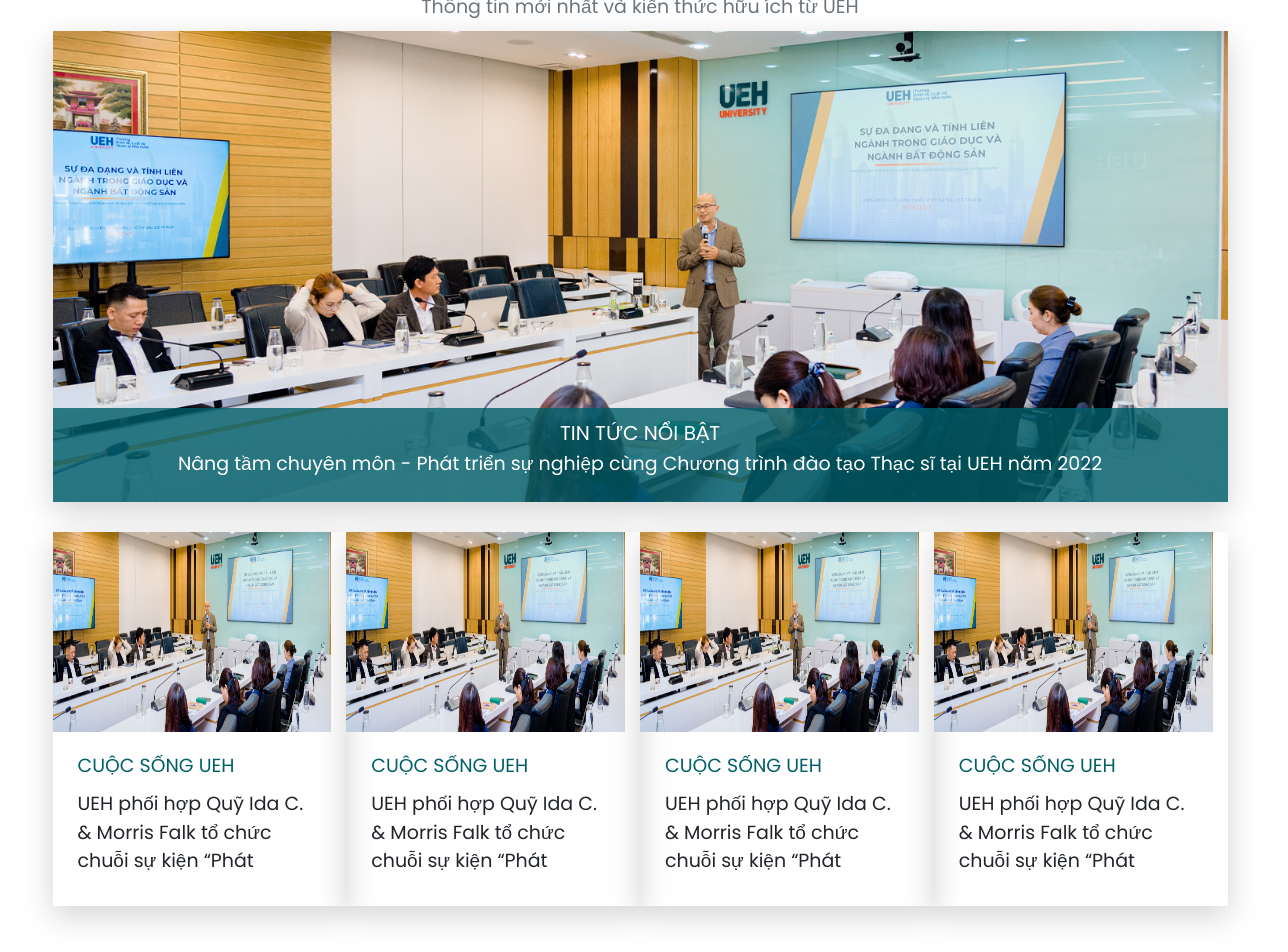
Repository: Jackietruong2805/frontends
Page: html css/ueh/index.html
These files come from the project's save history. The page is drawn as it stood at one moment and after the next save; the edit follows.
The browser window is 1280 px wide. The page is 1288 px wide, so the pictures cover 1288 px, including what lies to the right of the window. The pictures show the part of the page from y = 768 to 1720 px (the page is 1720 px tall).
Some web libraries are served in a nearby version.

Above is the page before, as saved 2022-06-20 09:44:41.

### html css/ueh/index.html
<!DOCTYPE html>
<html lang="en">
  <head>
    <meta charset="UTF-8" />
    <meta http-equiv="X-UA-Compatible" content="IE=edge" />
    <meta name="viewport" content="width=device-width, initial-scale=1.0" />
    <title>UEH</title>
    <!-- FONT GOOGLE -->
    <link rel="preconnect" href="https://fonts.googleapis.com" />
    <link rel="preconnect" href="https://fonts.gstatic.com" crossorigin />
    <link
      href="https://fonts.googleapis.com/css2?family=Poppins:wght@300;400;700&display=swap"
      rel="stylesheet"
    />
    <!-- FONT AWESOME -->
    <link
      rel="stylesheet"
      href="https://cdnjs.cloudflare.com/ajax/libs/font-awesome/6.1.1/css/all.min.css"
      integrity="sha512-KfkfwYDsLkIlwQp6LFnl8zNdLGxu9YAA1QvwINks4PhcElQSvqcyVLLD9aMhXd13uQjoXtEKNosOWaZqXgel0g=="
      crossorigin="anonymous"
      referrerpolicy="no-referrer"
    />
    <!-- BS5 -->
    <link
      href="https://cdn.jsdelivr.net/npm/bootstrap@5.1.3/dist/css/bootstrap.min.css"
      rel="stylesheet"
      integrity="sha384-1BmE4kWBq78iYhFldvKuhfTAU6auU8tT94WrHftjDbrCEXSU1oBoqyl2QvZ6jIW3"
      crossorigin="anonymous"
    />
    <!-- INDEX CSS -->
    <link rel="stylesheet" href="./css/index.css" />
  </head>
  <body class="fix">
    <!-- HEADER -->
    <header class="container-fluid p-0">
      <nav
        class="navbar navbar-expand-lg navbar-dark bg-dark p-0 fixed-top w-100"
        id="brand-bar"
      >
        <div class="container-fluid px-5">
          <a class="navbar-brand" id="header--workmark" href="#">
            <img src="./img/logo-header.png" id="logo-header" alt="ueh-logo" />
          </a>
          <button
            class="navbar-toggler"
            type="button"
            data-bs-toggle="collapse"
            data-bs-target="#navbarUeh"
            aria-controls="navbarSupportedContent"
            aria-expanded="false"
            aria-label="Toggle navigation"
          >
            <span class="navbar-toggler-icon"></span>
          </button>
          <div class="collapse navbar-collapse" id="navbarUeh">
            <ul class="navbar-nav ms-auto mb-2 mb-lg-0 px-5">
              <li class="nav-item">
                <a class="nav-link active" aria-current="page" href="#"
                  >Tân sinh viên</a
                >
              </li>
              <li class="nav-item">
                <a class="nav-link" href="#">Người học</a>
              </li>
              <li class="nav-item">
                <a class="nav-link" href="#">Cựu sinh viên</a>
              </li>
              <li class="nav-item">
                <a class="nav-link" href="#">UEH Future</a>
              </li>
              <li class="nav-item">
                <a class="nav-link" href="#">UEHer</a>
              </li>
              <li class="nav-item">
                <a class="nav-link" href="#">UEH Vĩnh Long</a>
              </li>
              <li class="nav-item d-flex align-items-center">
                <div class="button-cover">
                  <span class="vi text-white">VI</span>
                  <span class="en">EN</span>
                </div>
              </li>
            </ul>
            <button class="btn btn-info">
              <i class="fa fa-search"></i>
            </button>
          </div>
        </div>
      </nav>
      <div id="video" class="video row">
        <div class="video-ueh"></div>
      </div>
    </header>

    <!-- CAROUSEL -->
    <div class="body">
      <section class="carousel">
        <div id="uehIndicators" class="carousel slide" data-bs-ride="carousel">
          <div class="carousel-indicators">
            <button
              type="button"
              data-bs-target="#uehIndicators"
              data-bs-slide-to="0"
              class="active"
              aria-current="true"
              aria-label="Slide 1"
            ></button>
            <button
              type="button"
              data-bs-target="#uehIndicators"
              data-bs-slide-to="1"
              aria-label="Slide 2"
            ></button>
            <button
              type="button"
              data-bs-target="#uehIndicators"
              data-bs-slide-to="2"
              aria-label="Slide 3"
            ></button>
            <button
              type="button"
              data-bs-target="#uehIndicators"
              data-bs-slide-to="3"
              aria-label="Slide 4"
            ></button>
            <button
              type="button"
              data-bs-target="#uehIndicators"
              data-bs-slide-to="4"
              aria-label="Slide 4"
            ></button>
          </div>
          <div class="carousel-inner">
            <div class="carousel-item active">
              <img src="./img/slider-1.jpg" class="d-block w-100" alt="..." />
            </div>
            <div class="carousel-item">
              <img src="./img/slider-2.png" class="d-block w-100" alt="..." />
            </div>
            <div class="carousel-item">
              <img src="./img/slider-3.jpg" class="d-block w-100" alt="..." />
            </div>
            <div class="carousel-item">
              <img src="./img/slider-4.jpg" class="d-block w-100" alt="..." />
            </div>
            <div class="carousel-item">
              <img src="./img/slider-5.png" class="d-block w-100" alt="..." />
            </div>
          </div>
          <button
            class="carousel-control-prev"
            type="button"
            data-bs-target="#uehIndicators"
            data-bs-slide="prev"
          >
            <span class="ueh-block-title">
              <i class="fa fa-angle-left"></i>
            </span>
            <span class="visually-hidden">Previous</span>
          </button>
          <button
            class="carousel-control-next"
            type="button"
            data-bs-target="#uehIndicators"
            data-bs-slide="next"
          >
            <span class="ueh-block-title"
              ><i class="fa fa-angle-right"></i
            ></span>
            <span class="visually-hidden">Next</span>
          </button>
        </div>
      </section>
      <!-- CAROUSEL -->

      <!-- NEWS -->
      <section class="news my-5">
        <h1 class="text-center ueh-block-title fw-bold fs-1">Tin tức</h1>
        <p class="text-muted text-center">
          Thông tin mới nhất và kiến thức hữu ích từ UEH
        </p>
        <div class="container-fluid px-5">
          <div class="row px-5">
            <div class="col-12 shadow-lg p-0 overflow-hidden position-relative">
              <img
                class="img-fluid"
                id="img-scale"
                src="./img/news-1.jpg"
                alt="news1"
              />
              <div class="news__overplay">
                <h2 class="over-1">TIN TỨC NỔI BẬT</h2>
                <p class="over-2">
                  Nâng tầm chuyên môn - Phát triển sự nghiệp cùng Chương trình
                  đào tạo Thạc sĩ tại UEH năm 2022
                </p>
              </div>
            </div>
          </div>
          <div class="row px-5 py-5">
            <div class="col-3 p-0 pe-4 shadow-lg news__col">
              <div class="news__img">
                <img class="" src="./img/news-1.jpg" alt="news-1" />
              </div>
              <div class="new__content">
                <p style="color: rgb(0, 95, 105)">CUỘC SỐNG UEH</p>
                <p>
                  UEH phối hợp Quỹ Ida C. & Morris Falk tổ chức chuỗi sự kiện
                  “Phát
                </p>
              </div>
            </div>
            <div class="col-3 p-0 pe-4 shadow-lg news__col">
              <div class="news__img">
                <img class="" src="./img/news-1.jpg" alt="news-1" />
              </div>
              <div class="new__content">
                <p style="color: rgb(0, 95, 105)">CUỘC SỐNG UEH</p>
                <p>
                  UEH phối hợp Quỹ Ida C. & Morris Falk tổ chức chuỗi sự kiện
                  “Phát
                </p>
              </div>
            </div>
            <div class="col-3 p-0 pe-4 shadow-lg news__col">
              <div class="news__img">
                <img class="" src="./img/news-1.jpg" alt="news-1" />
              </div>
              <div class="new__content">
                <p style="color: rgb(0, 95, 105)">CUỘC SỐNG UEH</p>
                <p>
                  UEH phối hợp Quỹ Ida C. & Morris Falk tổ chức chuỗi sự kiện
                  “Phát
                </p>
              </div>
            </div>
            <div class="col-3 p-0 pe-4 shadow-lg news__col">
              <div class="news__img">
                <img class="" src="./img/news-1.jpg" alt="news-1" />
              </div>
              <div class="new__content">
                <p style="color: rgb(0, 95, 105)">CUỘC SỐNG UEH</p>
                <p>
                  UEH phối hợp Quỹ Ida C. & Morris Falk tổ chức chuỗi sự kiện
                  “Phát
                </p>
              </div>
            </div>
          </div>
        </div>
      </section>
      <!-- ADMISSIONS -->
      <section class="admissions"></section>
      <!-- EVENT -->
      <section class="event"></section>
      <!-- RESEARCH -->
      <section class="research"></section>
      <!-- TRAIN -->
      <section class="train"></section>
      <!-- COOPERATION -->
      <section class="coOperation"></section>
      <!-- ACCREDITATION -->
      <section class="accreditation"></section>
      <!-- UEH -->
      <section class="ueh"></section>
      <!-- INTRO -->
      <section class="intro"></section>
      <!-- EXPLORE -->
      <section class="explore"></section>
      <!-- FOOTER -->
      <footer></footer>
    </div>

    <div class="placeholder"></div>

    <!-- thư viện hộ trợ -->
    <script
      src="https://cdn.jsdelivr.net/npm/bootstrap@5.1.3/dist/js/bootstrap.bundle.min.js"
      integrity="sha384-ka7Sk0Gln4gmtz2MlQnikT1wXgYsOg+OMhuP+IlRH9sENBO0LRn5q+8nbTov4+1p"
      crossorigin="anonymous"
    ></script>
    <script src="./js/index.js"></script>
  </body>
</html>

### html css/ueh/css/index.css
/* Global */
* {
    padding: 0;
    margin: 0;
    box-sizing: border-box;
}

html {
    font-size: 10px;
}

body {
    font-size: 1.9em;
}

body,
html {
    font-family: 'Poppins', sans-serif;
}

.ueh-block-title {
    color: #f26f33 !important;
}

.fs-1 {
    font-size: 3.0517578125em !important;
    ;
}

#img-scale {
    transform: scale(1);
    transition: 0.5s;
}

#img-scale:hover {
    transform: scale(1.05);
}

.fixed {
    position: fixed;
    top: 0;
    width: 100%;
    z-index: -2;
}

.section {
    padding: 30px 0;
}

/* HEADER */
.fix .body {
    position: fixed;
    top: 20vh;
    width: 100%;
    z-index: -1;
}

.fix .placeholder {
    position: relative;
    height: 1000px;
    z-index: 1;
}

header {
    height: 100vh;
    display: flex;
    flex-direction: column;
    position: relative;
    z-index: 1;
}

.video {
    flex-grow: 1;
}

.video-ueh {
    height: 100%;
    background-image: url('../img/ueh-vid.gif');
    background-position: center;
    background-repeat: no-repeat;
    background-size: cover;
}

#brand-bar {
    background-color: rgb(0, 95, 105) !important;

}

#navbarUeh .nav-item {
    transition: 0.5s;
}

#navbarUeh .nav-item:hover:not(:last-child) {
    background-color: #f26f33;
}

.navbar #header--workmark {
    font-size: 1.1em !important;
    line-height: 1.8em !important;
}

#logo-header {
    max-height: 36px !important;
}

#navbarUeh .nav-item .nav-link {
    color: #fff;
    font-weight: 300;
    padding: .5555555556em .5em;
    outline-offset: -4px;
}

.button-cover {
    background-color: white;
    border-radius: 30px;
    padding: 1.5px 4px;
    line-height: 10px;
}

.button-cover .vi {
    display: inline-block;
    border-radius: 50%;
    background-color: rgb(0, 95, 105);
    padding: 8px;
    font-size: 10px;
    font-weight: bold;
}

.button-cover .en {
    color: rgb(0, 95, 105);
    font-size: 10px;
    padding: 5px;
    font-weight: bold;
}

#navbarUeh .btn-info,
#navbarUeh .btn-info:focus {
    color: white;
    background-color: rgb(0, 95, 105);
    border: 0;
    font-size: inherit;
    padding: 0 40px 0 60px;
    box-shadow: none;
}


/* CAROUSEL */


#uehIndicators .carousel-indicators .active {
    background-color: white;
}

.carousel-control-prev,
.carousel-control-next {
    opacity: 1;
    width: 5%;
}

.carousel-indicators [data-bs-target] {
    width: 10px;
    height: 10px;
    border-radius: 50%;
    background-color: transparent;
    border: 2px solid white;
    background-clip: border-box;
}

.carousel-control-prev .fa-angle-left {
    font-size: 40px;
}

.carousel-control-next .fa-angle-right {
    font-size: 40px;
}

.news__overplay {
    position: absolute;
    width: 100%;
    height: 20%;
    background-color: rgba(0, 95, 105, 0.8);
    bottom: 0;
    display: flex;
    flex-direction: column;
    justify-content: center;
    text-align: center;
    color: #fff;
}

.news__col {
    display: flex;
    flex-direction: column;

}

.new__content {
    padding: 20px 25px;
}

.news__img {
    height: auto;
    flex-basis: 100px;
}

.news__img img {
    height: 200px;
    max-width: 100%;
}

### html css/ueh/js/index.js
window.onscroll = function () {
  const video = document.getElementById("video");
  const body = document.querySelector("body");
  const videoHeight = video.offsetHeight;

  if (document.documentElement.scrollTop <= videoHeight) {
    body.classList.add("fix");
  } else {
    body.classList.remove("fix");
  }
};

After the next save:
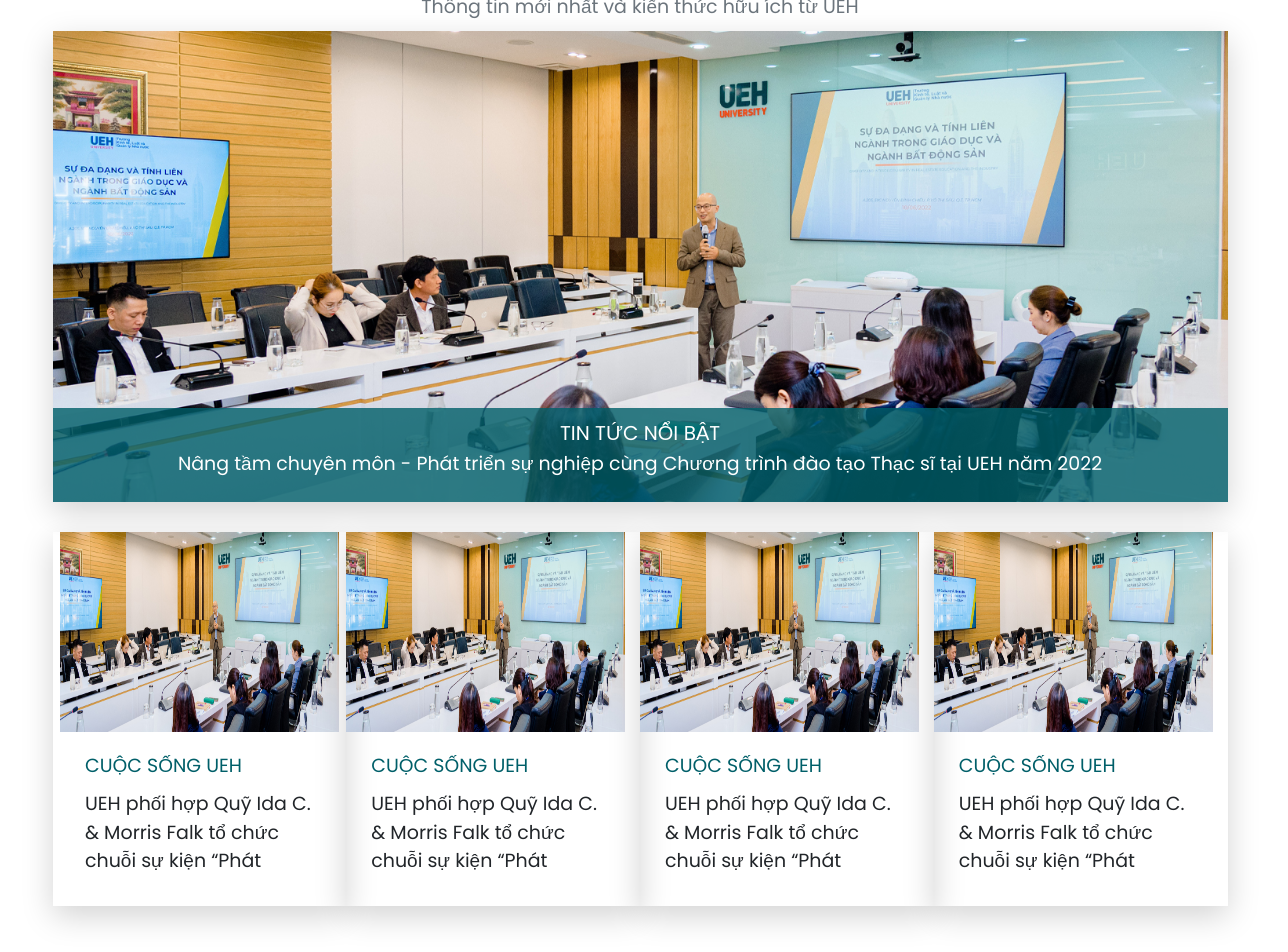
Saved 29 s later.
--- a/html css/ueh/index.html
+++ b/html css/ueh/index.html
@@ -198,7 +198,7 @@
             </div>
           </div>
           <div class="row px-5 py-5">
-            <div class="col-3 p-0 pe-4 shadow-lg news__col">
+            <div class="col-3 shadow-lg news__col">
               <div class="news__img">
                 <img class="" src="./img/news-1.jpg" alt="news-1" />
               </div>
